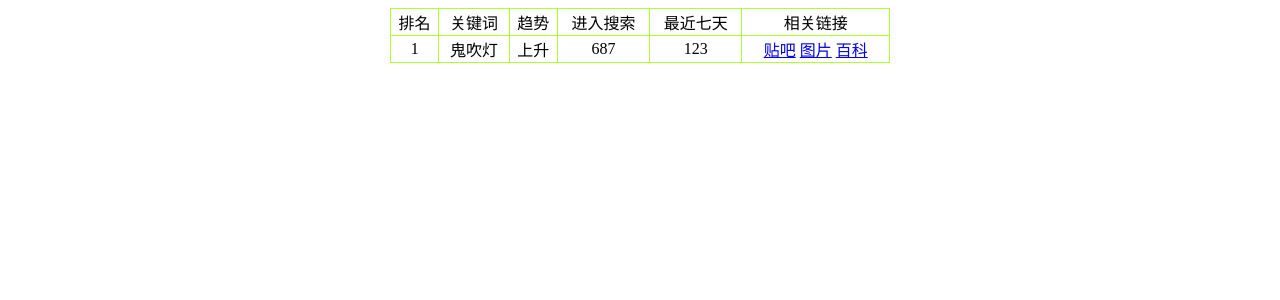
Repository: TheBestBadGuy0228/code
Page: 表格的细线边框.html
These files come from the project's save history. The page is drawn as it stood at one moment and after the next save; the edit follows.
The browser window is 1280 px wide. The pictures show the whole page.

Above is the page before, as saved 2021-11-23 14:19:16.

After the next save:
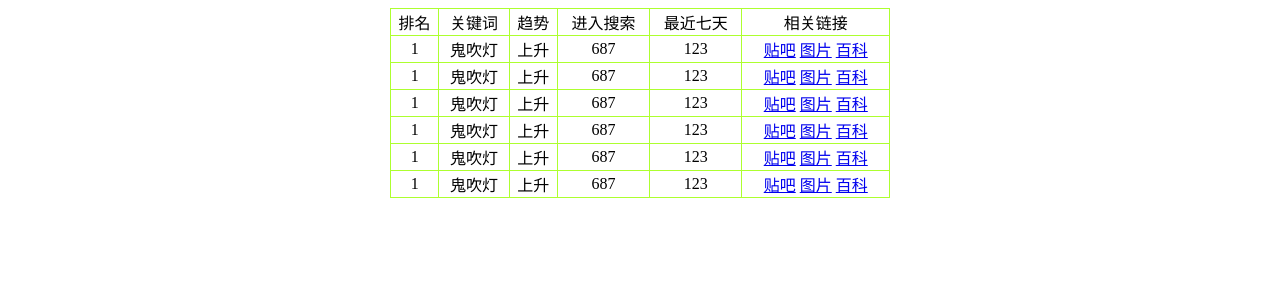
Saved 67 s later.
--- a/表格的细线边框.html
+++ b/表格的细线边框.html
@@ -44,6 +44,46 @@
             <td>123</td>
             <td><a href="#">贴吧</a> <a href="##">图片</a> <a href="###">百科</a></td>
         </tr>
+        <tr>
+            <td>1</td>
+            <td>鬼吹灯</td>
+            <td>上升</td>
+            <td>687</td>
+            <td>123</td>
+            <td><a href="#">贴吧</a> <a href="##">图片</a> <a href="###">百科</a></td>
+        </tr>
+        <tr>
+            <td>1</td>
+            <td>鬼吹灯</td>
+            <td>上升</td>
+            <td>687</td>
+            <td>123</td>
+            <td><a href="#">贴吧</a> <a href="##">图片</a> <a href="###">百科</a></td>
+        </tr>
+        <tr>
+            <td>1</td>
+            <td>鬼吹灯</td>
+            <td>上升</td>
+            <td>687</td>
+            <td>123</td>
+            <td><a href="#">贴吧</a> <a href="##">图片</a> <a href="###">百科</a></td>
+        </tr>
+        <tr>
+            <td>1</td>
+            <td>鬼吹灯</td>
+            <td>上升</td>
+            <td>687</td>
+            <td>123</td>
+            <td><a href="#">贴吧</a> <a href="##">图片</a> <a href="###">百科</a></td>
+        </tr>
+        <tr>
+            <td>1</td>
+            <td>鬼吹灯</td>
+            <td>上升</td>
+            <td>687</td>
+            <td>123</td>
+            <td><a href="#">贴吧</a> <a href="##">图片</a> <a href="###">百科</a></td>
+        </tr>
     </table>
 </body>
 </html>
